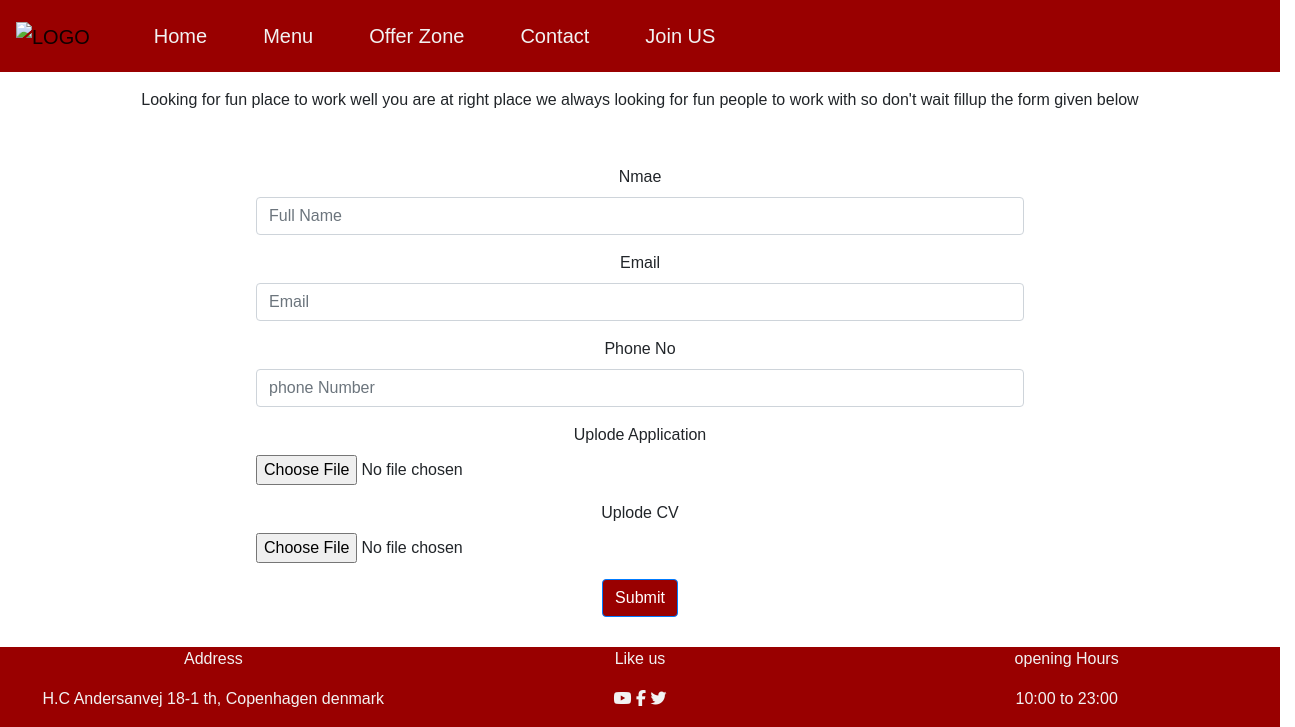
Repository: HMTRIVEDI/project-one
Page: job.html
The author's editor kept a record of every edit. The page is drawn from the files as they stood at one moment, then again after the next edit.
The browser window is 1280 px wide. The page is 1295 px wide, so the pictures cover 1295 px, including what lies to the right of the window. The pictures show the whole page.
Some web libraries are served in a nearby version.

Above is the page before.

### job.html
<!doctype html>
<html lang="en">

<head>
  <!-- Required meta tags -->
  <meta charset="utf-8">
  <meta name="viewport" content="width=device-width, initial-scale=1, shrink-to-fit=no">

  <!-- Bootstrap CSS -->
  <script src="https://kit.fontawesome.com/325cc790b1.js"></script>
  <link rel="stylesheet" href="https://stackpath.bootstrapcdn.com/bootstrap/4.3.1/css/bootstrap.min.css" integrity="sha384-ggOyR0iXCbMQv3Xipma34MD+dH/1fQ784/j6cY/iJTQUOhcWr7x9JvoRxT2MZw1T" crossorigin="anonymous">
  <link rel="stylesheet" href="style.css" type="text/css" />
  <link href="https://fonts.googleapis.com/css?family=Playfair+Display&display=swap" rel="stylesheet">
  <title>K&H Since 1992</title>
</head>


<body>

  <div class="container-fluid">
    <div class="row">
      <div class="col-sm-12">
        <nav class="navbar fixed-top navbar-expand-lg navbar-light bg-light">
          <a class="navbar-brand" href="index.html">
            <img src="#" width="200px" height="80px" alt="LOGO"></a>
          <button class="navbar-toggler" type="button" data-toggle="collapse" data-target="#navbarNavDropdown" aria-controls="navbarNavDropdown" aria-expanded="false" aria-label="Toggle navigation">
                     <span class="btn"><i class="fas fa-hamburger"></i></span>
           </button>
          <div class="collapse navbar-collapse" id="navbarNavDropdown">
            <ul class="navbar-nav">
              <li class="nav-item">
                <a class="nav-link" href="index.html">Home <span class="sr-only">(current)</span></a>
              </li>
              <li class="nav-item">
                <a class="nav-link" href="Menu.html">Menu</a>
              </li>
              <li class="nav-item">
                <a class="nav-link" href="Offerzone.html">Offer Zone</a>
              </li>
              <li class="nav-item">
                <a class="nav-link" href="Contact.html">Contact</a>
              </li>
              <li class="nav-item">
                <a class="nav-link" href="job.html">Join US</a>
              </li>
            </ul>
          </div>
        </nav>
      </div>
    </div>
    <!--offer-->
    <section class="contact">
      <div class="row">
        <div class="col-sm-12">
          <h6>Looking for fun place to work well you are at right place we always looking for fun people to work with so don't wait fillup the form given below </h6>
          <br>
          <br>
          <form>
            <div class="form-group">
              <label for="inputname class=" "form-control">Nmae</label>
              <input type="text" class="form-control" placeholder="Full Name">
            </div>
            <div class="form-group">
              <label for="inputemail">Email</label>
              <input type="email" class="form-control" id="inputemail" placeholder="Email">
            </div>
            <div class="form-group">
              <label for="inputphoneno">Phone No</label>
              <input type="number" class="form-control" id="inputphonenor" placeholder="phone Number">
            </div>
            <div class="form-group">
              <label for="exampleFormControlFile1">Uplode Application</label>
              <input type="file" class="form-control-file" id="exampleFormControlFile1">
            </div>
            <div class="form-group">
              <label for="exampleFormControlFile1">Uplode CV</label>
              <input type="file" class="form-control-file" id="exampleFormControlFile1">
            </div>
            <button type="submit" class="btn btn-primary">Submit</button>
          </form>
        </div>
      </div>
    </section>
    <!--footer-->
    <div class="row" id="footer">
      <div class="col-md-4" id="A">
        <p>Address</p>
        <p>H.C Andersanvej 18-1 th, Copenhagen denmark</p>
      </div>
      <div class="col-md-4" id="o">
        <p>Like us</p>
        <a href=" mailto: "><i class="fab fa-youtube "></i></a>
        <a href="mailto: "><i class="fab fa-facebook-f "></i></a>
        <a href="mailto: "><i class="fab fa-twitter "></i></a>
      </div>
      <div class="col-md-4" id="l">
        <p>opening Hours</p>
        <p>10:00 to 23:00</p>
      </div>
    </div>
    <!-- Optional JavaScript -->
    <!-- jQuery first, then Popper.js, then Bootstrap JS -->
    <script src="https://code.jquery.com/jquery-3.3.1.slim.min.js" integrity="sha384-q8i/X+965DzO0rT7abK41JStQIAqVgRVzpbzo5smXKp4YfRvH+8abtTE1Pi6jizo" crossorigin="anonymous"></script>
    <script src="https://cdnjs.cloudflare.com/ajax/libs/popper.js/1.14.7/umd/popper.min.js" integrity="sha384-UO2eT0CpHqdSJQ6hJty5KVphtPhzWj9WO1clHTMGa3JDZwrnQq4sF86dIHNDz0W1" crossorigin="anonymous"></script>
    <script src="https://stackpath.bootstrapcdn.com/bootstrap/4.3.1/js/bootstrap.min.js" integrity="sha384-JjSmVgyd0p3pXB1rRibZUAYoIIy6OrQ6VrjIEaFf/nJGzIxFDsf4x0xIM+B07jRM" crossorigin="anonymous"></script>
</body>

</html>

### style.css
body {
    height: 100%;
    margin: 0;
    padding: 0;
    font-family: sans-serif, arial;
}

.container-fluid {
    height: 100%;
    padding: 0;
    margin: 0;
}

.bg-light {
    background-color: #990000!important;
}

.btn i {
    color: #f2f2f2;
}


.navbar-light .navbar-toggler-icon {
    color: #f2f2f2;
}


.navbar-toggler {
    padding: 0rem 0rem;
    font-size: 1.5rem;
    line-height: 1;
    background-color: #990000;
    border: none;
    border-radius: 50%;
}

.navbar-nav {
    margin: 5 40;
    font-size: 20px;
    list-style: none;
}


.nav-link {
    width: 100%;
    margin: 5px 20px;
    color: #ffffff;
    color: #f2f2f2 !important;
}


/**** footer ***/

#footer {
    position: relative;
    margin: 0;
    background-color: #990000;
    bottom: 0;
    width: 100%;
}

.col-md-4 {
    text-align: center;
    color: #f2f2f2;
    display: block;
}

.col-md-4 a i {
    color: #f2f2f2;
}

/********menu*******/

#menu {
    background-image: url(front.jpeg);
    position: static;
    margin: 0;
    top: 0;
    background-size: cover;
    background-repeat: no-repeat;
    background-position: center;
    width: 100%;
}

.col-sm-12 {
    width: auto;
    margin: 30px 0px;
    float: right;
}

.card {
    font-family: 'Playfair Display', serif;
    background-color: rgba(255, 255, 255, 0.4);
    color: #000000;
    word-spacing: 10px;
    font-size: 20px;
    font-weight: bold;
    text-transform: uppercase;

}

table {
    width: 50%;
    margin-left: 20%;
    height: 20%;
}

td {
    padding: 15px;
}


/*offer*/

.offer {
    padding: 0;
    width: 100%;
    background-image: url(drink.jpeg);
    background-size: cover;
    height: 100%;
    background-repeat: no-repeat;
}

.col-sm-12 {
    margin-top: 30px;
    width: 100%;
    height: 100%;
    text-align: center;
}

.btn {
    margin-left: 0%;
    background-color: #990000;
}
/*contact*/

.contact{text-align: center;}
.form-group{ width: 60%; margin-left:20%;}

After the next edit:
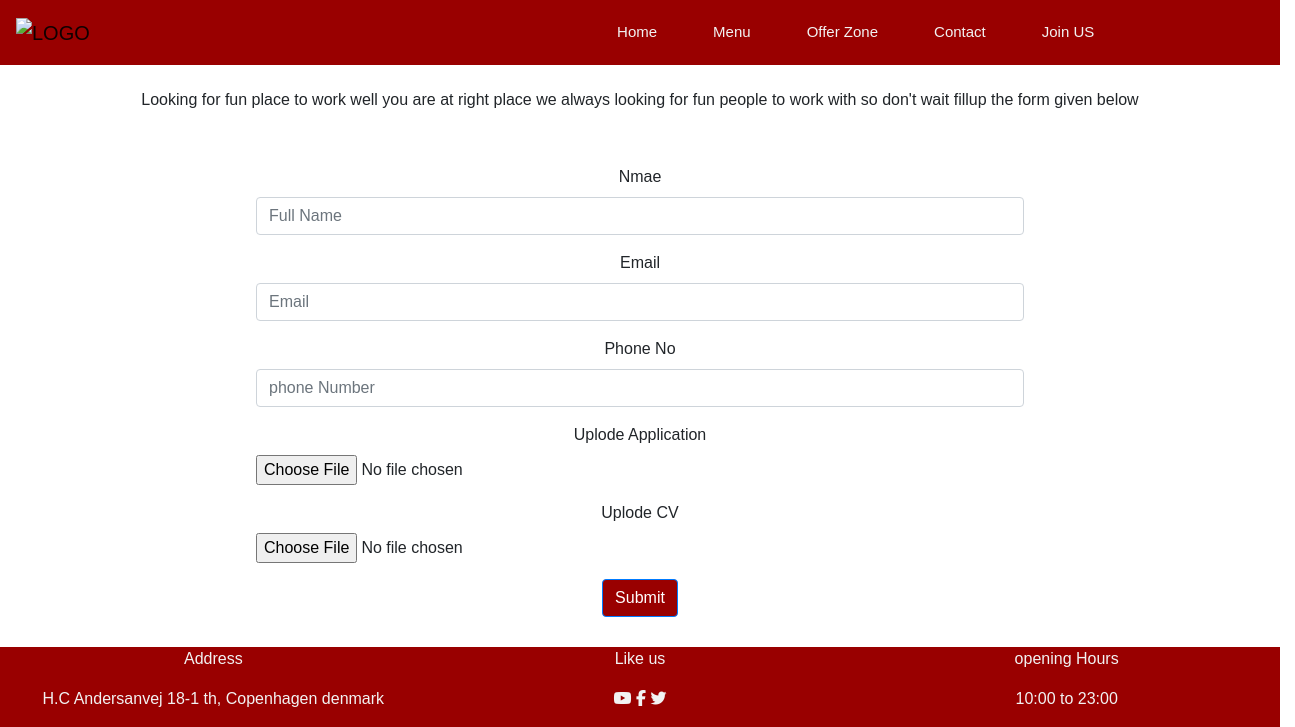
The edit:
--- a/style.css
+++ b/style.css
@@ -34,9 +34,8 @@
     border-radius: 50%;
 }
 
-.navbar-nav {
-    margin: 5 40;
-    font-size: 20px;
+.navbar-nav {margin-left: 40%;
+    font-size: 15px;
     list-style: none;
 }
 
